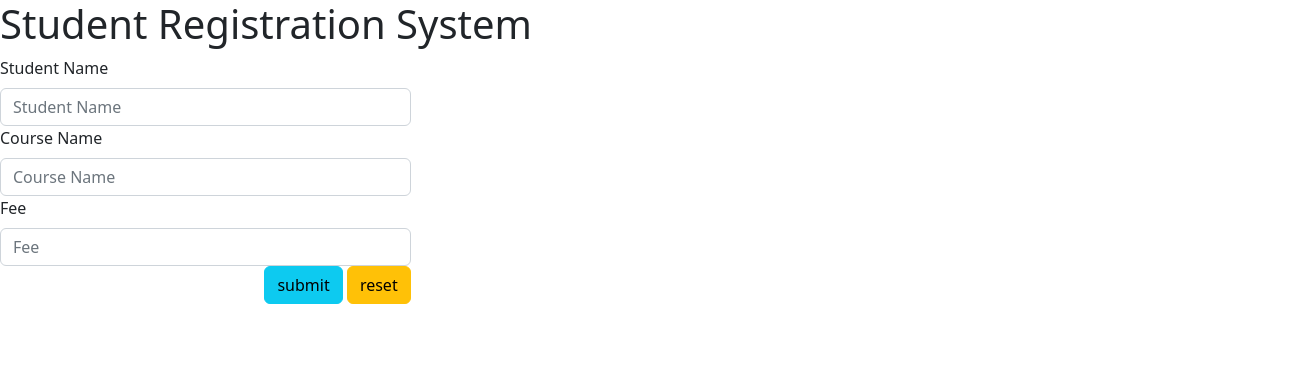
Repository: minhnhien2212/self-study
Page: http://localhost/StudentRegistration/
The author's editor kept a copy of each file at every save. The page is drawn from the files as they stood at one save, then again after the next save.
The browser window is 1280 px wide. The page is 1292 px wide, so the pictures cover 1292 px, including what lies to the right of the window. The pictures show the whole page.
The page is served by Tomcat 9.

Above is the page before, as saved 2022-11-21 03:26:24.

### StudentRegistration/src/main/webapp/index.jsp
<%@ page language="java" contentType="text/html; charset=UTF-8"
    pageEncoding="UTF-8"%>
<!DOCTYPE html>
<html>
<head>
<meta charset="UTF-8">
<title>Insert title here</title>
<link href="https://cdn.jsdelivr.net/npm/bootstrap@5.2.2/dist/css/bootstrap.min.css" rel="stylesheet" integrity="sha384-Zenh87qX5JnK2Jl0vWa8Ck2rdkQ2Bzep5IDxbcnCeuOxjzrPF/et3URy9Bv1WTRi" crossorigin="anonymous">
<script src="https://cdn.jsdelivr.net/npm/@popperjs/core@2.11.6/dist/umd/popper.min.js" integrity="sha384-oBqDVmMz9ATKxIep9tiCxS/Z9fNfEXiDAYTujMAeBAsjFuCZSmKbSSUnQlmh/jp3" crossorigin="anonymous"></script>
<script src="https://cdn.jsdelivr.net/npm/bootstrap@5.2.2/dist/js/bootstrap.min.js" integrity="sha384-IDwe1+LCz02ROU9k972gdyvl+AESN10+x7tBKgc9I5HFtuNz0wWnPclzo6p9vxnk" crossorigin="anonymous"></script>
</head>
<body>
	<h1>Student Registration System</h1>

	<div class="row">
		<div class="col-sm-4">
			<form action="#"  method="POST">

				<div align="left">
					<label class="form-label">Student Name</label>
					<input type="text" class="form-control" placeholder="Student Name" name="name" id="name" required>
				</div>

				<div align="left">
					<label class="form-label">Course Name</label>
					<input type="text" class="form-control" placeholder="Course Name" name="course" id="course" required>
				</div>

				<div align="left">
					<label class="form-label">Fee</label>
					<input type="text" class="form-control" placeholder="Fee" name="fee" id="fee" required>
				</div>

				<div align="right">
					<input type="submit" id="submit" value="submit" name="submit" class="btn btn-info">
					<input type="reset" id="reset" value="reset" name="reset" class="btn btn-warning">

				</div>
			</form>
		</div>

		<div class="col-sm-8">

		</div>


	</div>
</body>
</html>

After the next save:
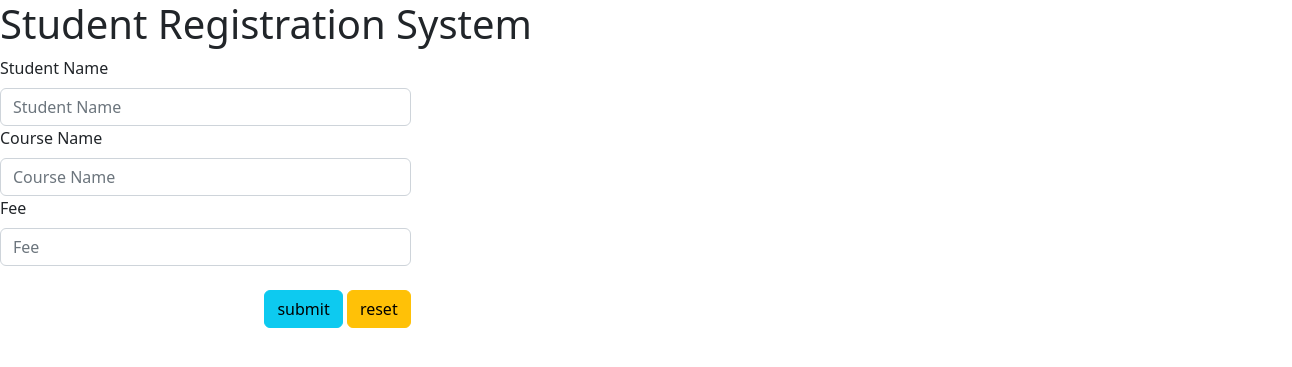
Saved 41 s later.
--- a/StudentRegistration/src/main/webapp/index.jsp
+++ b/StudentRegistration/src/main/webapp/index.jsp
@@ -14,7 +14,7 @@
 
 	<div class="row">
 		<div class="col-sm-4">
-			<form action="#"  method="POST">
+			<form action="#" method="POST">
 
 				<div align="left">
 					<label class="form-label">Student Name</label>
@@ -30,7 +30,7 @@
 					<label class="form-label">Fee</label>
 					<input type="text" class="form-control" placeholder="Fee" name="fee" id="fee" required>
 				</div>
-
+				<br>
 				<div align="right">
 					<input type="submit" id="submit" value="submit" name="submit" class="btn btn-info">
 					<input type="reset" id="reset" value="reset" name="reset" class="btn btn-warning">
